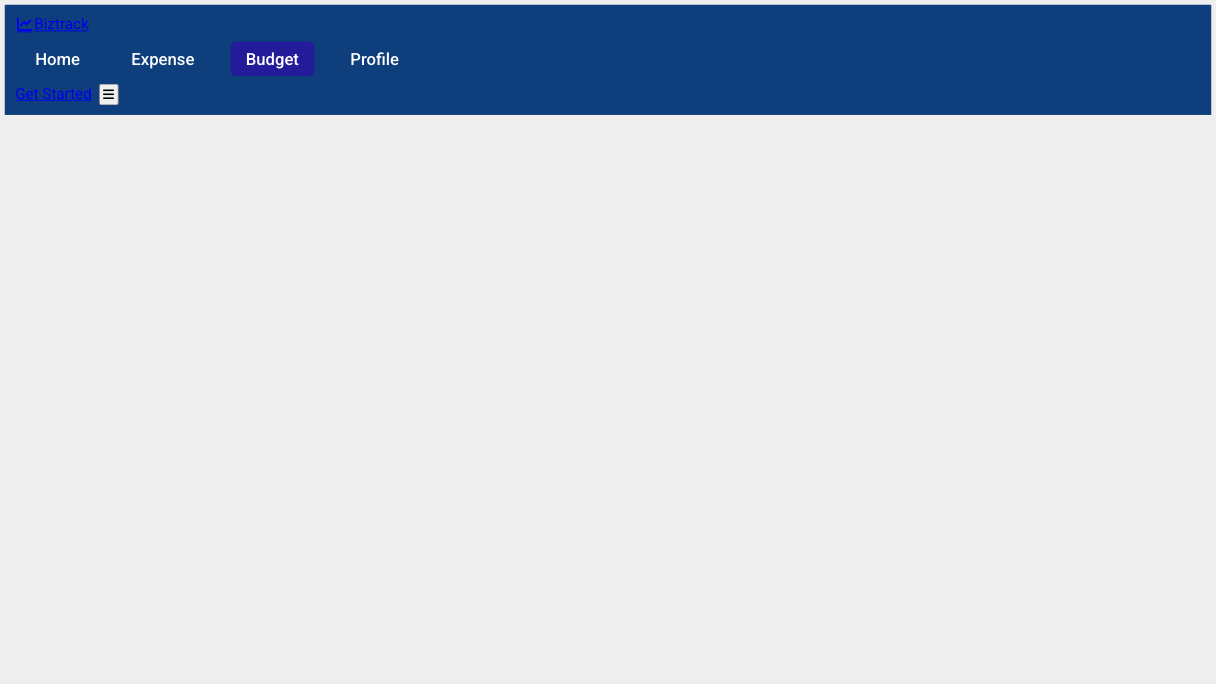
Repository: JoyUdoh106/wdd131
Page: project/budget.html
An editor plug-in stored every save of this project. The page is shown before and after a run of saves, followed by the edit.
The browser window is 1280 px wide. The pictures show the whole page, at 95% of full size.

Above is the page before, as saved 2025-08-10 19:05:31.
Console error: TypeError: Cannot set properties of null (setting 'textContent')

After the next 3 saves:
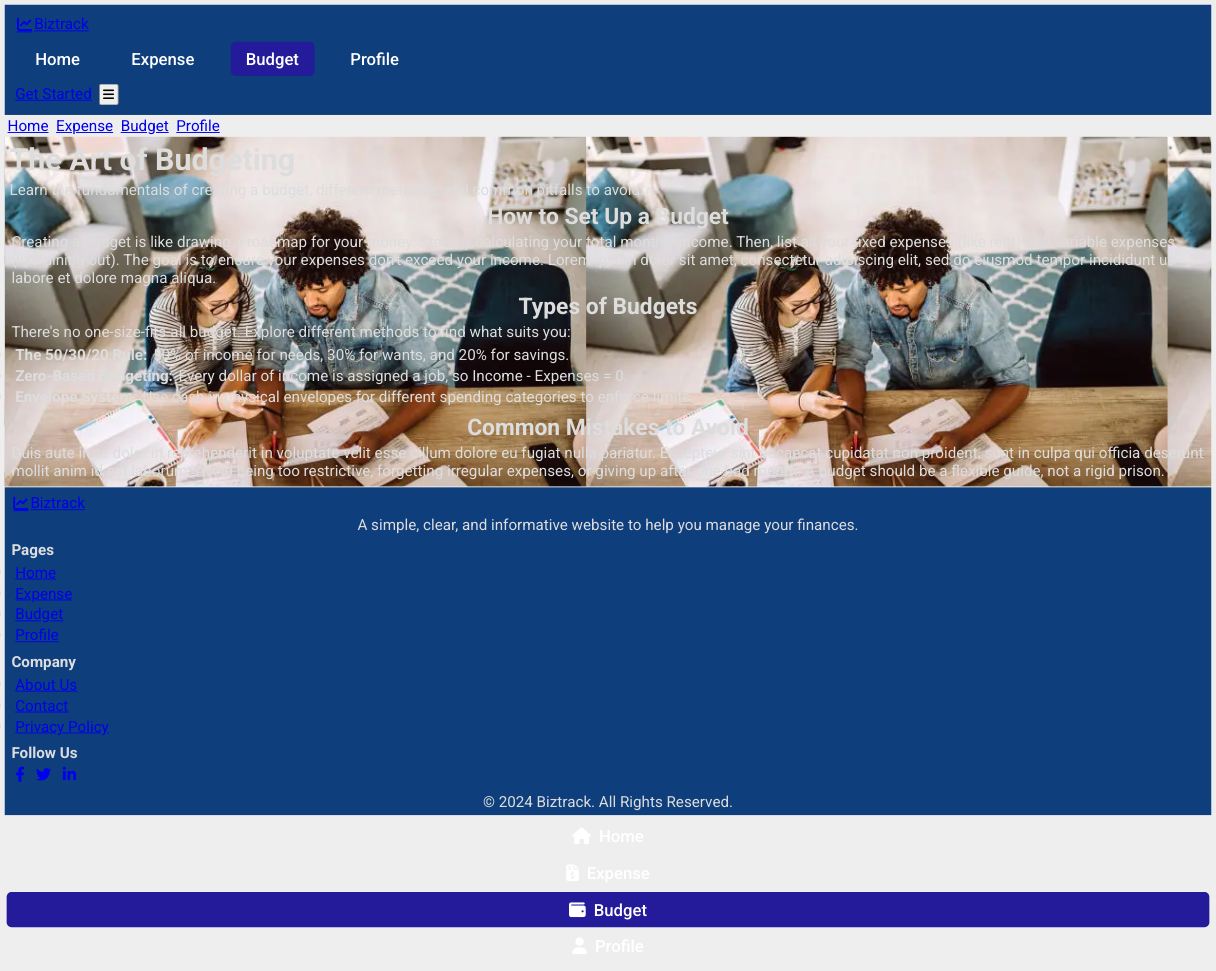
The 3 saves are shown as one change because they came seconds apart.
The last was saved 29 s later.
--- a/project/budget.html
+++ b/project/budget.html
@@ -34,5 +34,96 @@
             </button>
         </div>
     </header>
+
+    <div class="mobile-nav" id="mobile-nav-menu">
+        <a href="index.html" class="nav-link">Home</a>
+        <a href="expense.html" class="nav-link">Expense</a>
+        <a href="budget.html" class="nav-link active">Budget</a>
+        <a href="profile.html" class="nav-link">Profile</a>
+    </div>
+
+    <main class="content-page">
+        <div class="container">
+            <h1>The Art of Budgeting</h1>
+            <p class="subtitle">Learn the fundamentals of creating a budget, different methods, and common pitfalls to avoid.</p>
+
+            <article class="content-article reveal">
+                <h2>How to Set Up a Budget</h2>
+                <p>Creating a budget is like drawing a roadmap for your money. Start by calculating your total monthly income. Then, list all your fixed expenses (like rent) and variable expenses (like dining out). The goal is to ensure your expenses don't exceed your income. Lorem ipsum dolor sit amet, consectetur adipiscing elit, sed do eiusmod tempor incididunt ut labore et dolore magna aliqua.</p>
+            </article>
+
+            <article class="content-article reveal">
+                <h2>Types of Budgets</h2>
+                <p>There's no one-size-fits-all budget. Explore different methods to find what suits you:</p>
+                <ul>
+                    <li><strong>The 50/30/20 Rule:</strong> 50% of income for needs, 30% for wants, and 20% for savings.</li>
+                    <li><strong>Zero-Based Budgeting:</strong> Every dollar of income is assigned a job, so Income - Expenses = 0.</li>
+                    <li><strong>Envelope System:</strong> Use cash in physical envelopes for different spending categories to enforce limits.</li>
+                </ul>
+            </article>
+
+            <article class="content-article reveal">
+                <h2>Common Mistakes to Avoid</h2>
+                <p>Duis aute irure dolor in reprehenderit in voluptate velit esse cillum dolore eu fugiat nulla pariatur. Excepteur sint occaecat cupidatat non proident, sunt in culpa qui officia deserunt mollit anim id est laborum. Avoid being too restrictive, forgetting irregular expenses, or giving up after one bad month. A budget should be a flexible guide, not a rigid prison.</p>
+            </article>
+        </div>
+    </main>
+
+    <!-- Footer -->
+    <footer>
+        <div class="container footer-container">
+            <div class="footer-about">
+                <a href="index.html" class="logo"><i class="fas fa-chart-line"></i> Biztrack</a>
+                <p>A simple, clear, and informative website to help you manage your finances.</p>
+            </div>
+            <div class="footer-links">
+                <h4>Pages</h4>
+                <ul>
+                    <li><a href="index.html">Home</a></li>
+                    <li><a href="expense.html">Expense</a></li>
+                    <li><a href="budget.html">Budget</a></li>
+                    <li><a href="profile.html">Profile</a></li>
+                </ul>
+            </div>
+            <div class="footer-links">
+                <h4>Company</h4>
+                <ul>
+                    <li><a href="#">About Us</a></li>
+                    <li><a href="#">Contact</a></li>
+                    <li><a href="#">Privacy Policy</a></li>
+                </ul>
+            </div>
+            <div class="footer-social">
+                <h4>Follow Us</h4>
+                <div class="social-icons">
+                    <a href="#"><i class="fab fa-facebook-f"></i></a>
+                    <a href="#"><i class="fab fa-twitter"></i></a>
+                    <a href="#"><i class="fab fa-linkedin-in"></i></a>
+                </div>
+            </div>
+        </div>
+        <div class="footer-bottom">
+            <p>&copy; 2024 Biztrack. All Rights Reserved.</p>
+        </div>
+    </footer>
+
+    <nav class="mobile-bottom-nav">
+        <a href="index.html" class="bottom-nav-link">
+            <i class="fas fa-home"></i>
+            <span>Home</span>
+        </a>
+        <a href="expense.html" class="bottom-nav-link">
+            <i class="fas fa-file-invoice-dollar"></i>
+            <span>Expense</span>
+        </a>
+        <a href="budget.html" class="bottom-nav-link active">
+            <i class="fas fa-wallet"></i>
+            <span>Budget</span>
+        </a>
+        <a href="profile.html" class="bottom-nav-link">
+            <i class="fas fa-user"></i>
+            <span>Profile</span>
+        </a>
+    </nav>
 </body>
 </html>
